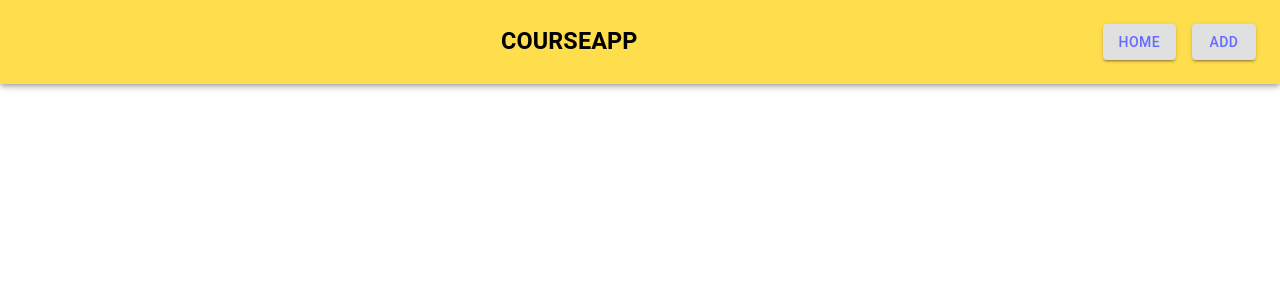
Repository: sarathraj2002/courseapp
Page: / (app in Frontend/)
These files come from the project's save history. The page is drawn as it stood at one moment and after a run of saves; the edit follows.
The browser window is 1280 px wide. The pictures show the whole page.
The page's requests for data from a server got no answer. The project was rebuilt for these pictures with package versions that can differ from the ones it lists, and the page was loaded fresh each time. No one was signed in, and anything a server would have sent is missing. Also part of the build but not shown: Frontend/vite.config.js, Frontend/src/components/Add.jsx.

Above is the page before, as saved 2024-10-13 23:32:15.

### Frontend/src/main.jsx
import { StrictMode } from 'react'
import { createRoot } from 'react-dom/client'
import App from './App.jsx'
import './index.css'
 import {BrowserRouter} from 'react-router-dom'
createRoot(document.getElementById('root')).render(
  <StrictMode>
    <BrowserRouter>
    <App />
    </BrowserRouter>
  </StrictMode>,
)

### Frontend/src/App.jsx
import { useState } from 'react'
import Home from './components/Home'
import './App.css'
import { Route, Routes } from 'react-router-dom'
import Navbar from './components/Navbar'
import Add from './components/Add'

function App() {
  const [count, setCount] = useState(0)

  return (
    <>
      <Navbar/>
      <Routes>
        <Route path='/' element={<Home/>}></Route>
        <Route path='/add' element={<Add/>}></Route>
      </Routes>
    </>
  )
}

export default App

### Frontend/src/components/Home.jsx
import React, { useEffect, useState } from 'react';
import { Grid, Card, CardContent, CardMedia, Typography, CardActions, Button } from '@mui/material';
 import axios from 'axios';

const Home = () => {
  const [courses,setCourses]=useState([]);
  //  connecting external API
         useEffect(()=>{

            axios.get('http://localhost:3000/course/course').then((res)=>{
                setCourses(res.data)

            })
         },[])

          useEffect(()=>{
          })

          let deleteCourse=(p)=>{

          axios.delete('https://localhost:3000/course/delete'+p).then((res)=>{
            alert ('deleted');
           window.location.reload();

       })
    }

// const courses=
// [
//     {courseId:"FSD101",
//      courseImage:"https://codingbytes.com/wp-content/uploads/2022/03/full-stack-web-development.jpg",
//      courseName:"Full Stack Development" ,
//      category:"MERN",
//      Discription:"FSD refers to the practice of developing both the front-end and back-end parts of a web or mobile application.",
//      Fees:"20000"
//     },
//     {
//      courseId:"DSA102",
//      courseImage:"https://miro.medium.com/v2/resize:fit:500/1*0JeuORZM3OoM9XtMmJvClg.jpeg",
//      courseName:"Data Science Analyst" ,
//      category:"Data analysis",
//      Discription:"The process of examining, cleaning, transforming, and modeling data with the goal of discovering useful information, drawing conclusions, and supporting decision-making.",
//      Fees:"25000"
//     },
//     {
//     courseId:"CS103",
//     courseImage:"https://encrypted-tbn0.gstatic.com/images?q=tbn:ANd9GcR3gL4oQCxa3Z5H5Vo1R7BxL9k7NMSnUPxkaEohkkMih56_5GZNfT1jAIyb6ZTuqMIfm-M&usqp=CAU",
//     courseName:"Cyber Security" ,
//     category:"Cyber Technology",
//     Discription:"Cybersecurity is the practice of protecting systems, networks, and programs from digital attacks, damage, or unauthorized access.",
//     Fees:"35000"
//     },
//     {
//       courseId: "DM103",
//        courseImage: "https://www.pngitem.com/pimgs/m/75-757749_marketing-icon-png-flat-marketing-icon-png-transparent.png",
//       courseName: "Digital Marketing",
//       category: "Marketing",
//       Discription: "Master SEO, social media, and online advertising strategies.",
//       Fees: 340000
//     }
//   ]
  return (
    <>
    <Grid container spacing={3} sx={{marginTop:8}}>
      {courses.map((course) => (
        <Grid item xs={12} sm={6} md={4} key={course.courseId}>
          <Card sx={{ width: 400, height: 700 ,marginLeft:2 }}>
            <CardMedia
              component="img"
              height="300"
              image={course.courseImage}
              alt={course.courseId}
            />
            <CardContent>
            <Typography gutterBottom variant="h5" component="div">
                {course.courseId}
              </Typography>

              <Typography gutterBottom variant="h5" component="div">
                {course.courseName}
              </Typography>

              <Typography variant="body2" color="black">
               <h4>Category: {course.category}</h4>
              </Typography>
              <Typography variant="body2" color="text.secondary" gutterBottom>
                {course.Discription}
              </Typography>
              <Typography variant="body2" color="text.secondary">
                <h4>Fees: ${course.Fees}</h4>
              </Typography>
            </CardContent>
            <CardActions>
          <Button size="large" color="primary"  onClick={() => handleEdit(course.courseId)}>
            Edit
          </Button>
          <Button size="large" color="secondary" varient="outlined"  onClick={() => {deleteCourse(item._id)}}>
            Delete
          </Button>
        </CardActions>
          </Card>
        </Grid>
      ))}
    </Grid>
    </>
  );
};

export default Home;

### Frontend/src/components/Navbar.jsx
import { AppBar, Box, Button, IconButton, Toolbar, Typography } from "@mui/material"
import { Link } from "react-router-dom"
import React from 'react'


const Navbar = () => {
    return (
      <Box sx={{ flexGrow: 1 }}>
      <AppBar position="fixed" sx={{backgroundColor:'#FFDE4D'}}  >
        <Toolbar>
          <IconButton
            size="large"
            edge="start"
            color="inherit"
            aria-label="menu"
            sx={{ mr: 2 }}
          >

          </IconButton>
          <Typography variant="h6" component="div" sx={{ flexGrow: 1,color:'black' }}>
              <h3> COURSEAPP</h3>
          </Typography>
       <Link to={'/'}><Button variant='contained' sx={{margin:2}} color="inherit">Home</Button></Link>
       <Link to={'/add'}><Button variant='contained'  color="inherit">ADD</Button></Link>

        </Toolbar>
      </AppBar>
      </Box>
    )
  }

  export default Navbar

Loaded but not shown: Frontend/index.html (common file); Frontend/src/index.css (common file); Frontend/src/App.css (common file)

After the next 2 saves:
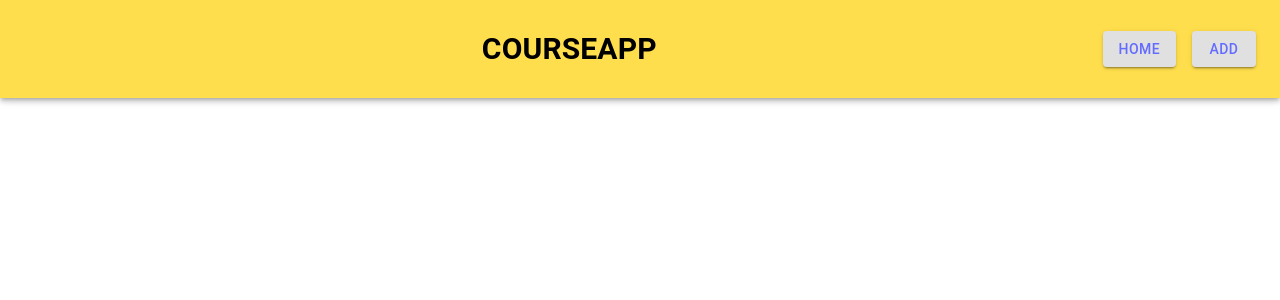
The 2 saves are shown as one change because they came seconds apart.
The last was saved 8 s later.
--- a/Frontend/src/components/Navbar.jsx
+++ b/Frontend/src/components/Navbar.jsx
@@ -18,7 +18,7 @@
 
           </IconButton>
           <Typography variant="h6" component="div" sx={{ flexGrow: 1,color:'black' }}>
-              <h3> COURSEAPP</h3>
+              <h2> COURSEAPP</h2>
           </Typography>
        <Link to={'/'}><Button variant='contained' sx={{margin:2}} color="inherit">Home</Button></Link>
        <Link to={'/add'}><Button variant='contained'  color="inherit">ADD</Button></Link>
